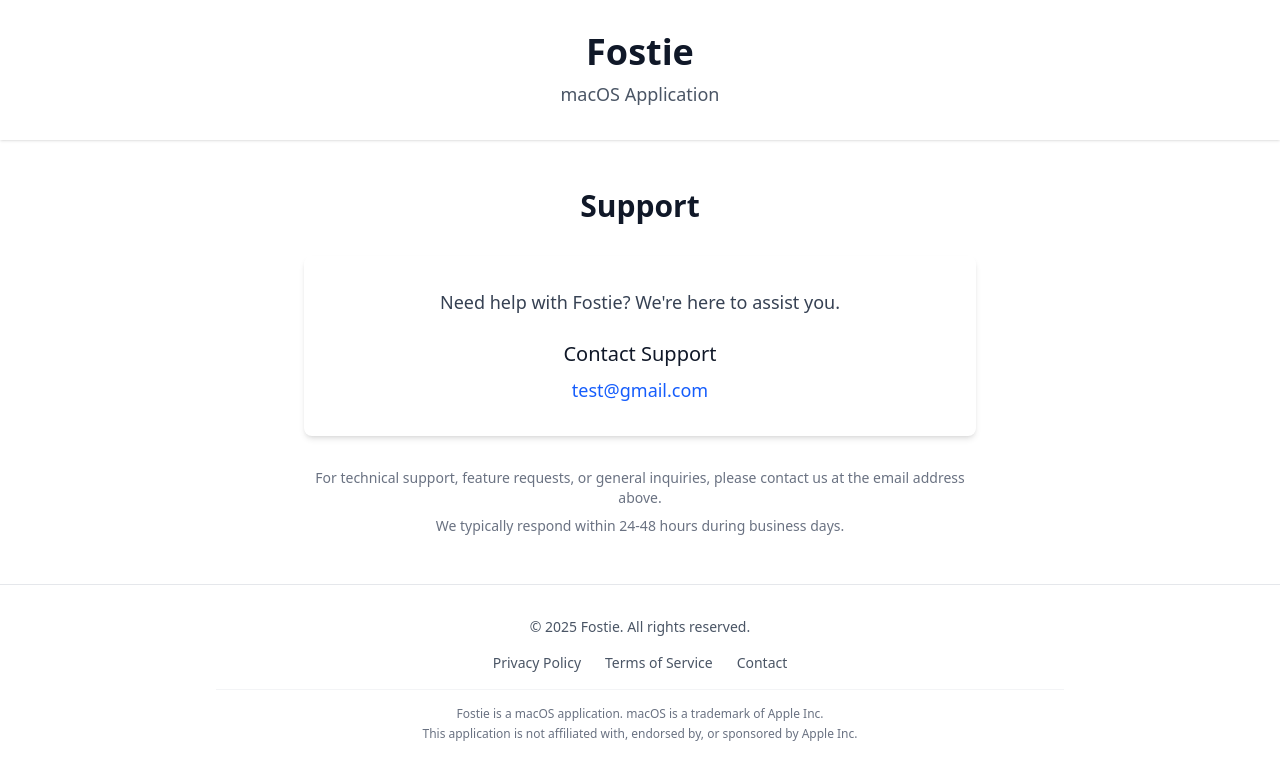
Repository: atimael/fostie-web
Page: /
These files come from the project's save history. The page is drawn as it stood at one moment and after the next save; the edit follows.
The browser window is 1280 px wide. The pictures show the whole page.
The project was rebuilt for these pictures with package versions that can differ from the ones it lists, and the page was loaded fresh each time. The framework's server and built-in components were replaced by stand-ins that run in the browser. Also part of the build but not shown: next.config.js.

Above is the page before, as saved 2025-05-25 20:39:34.

After the next save:
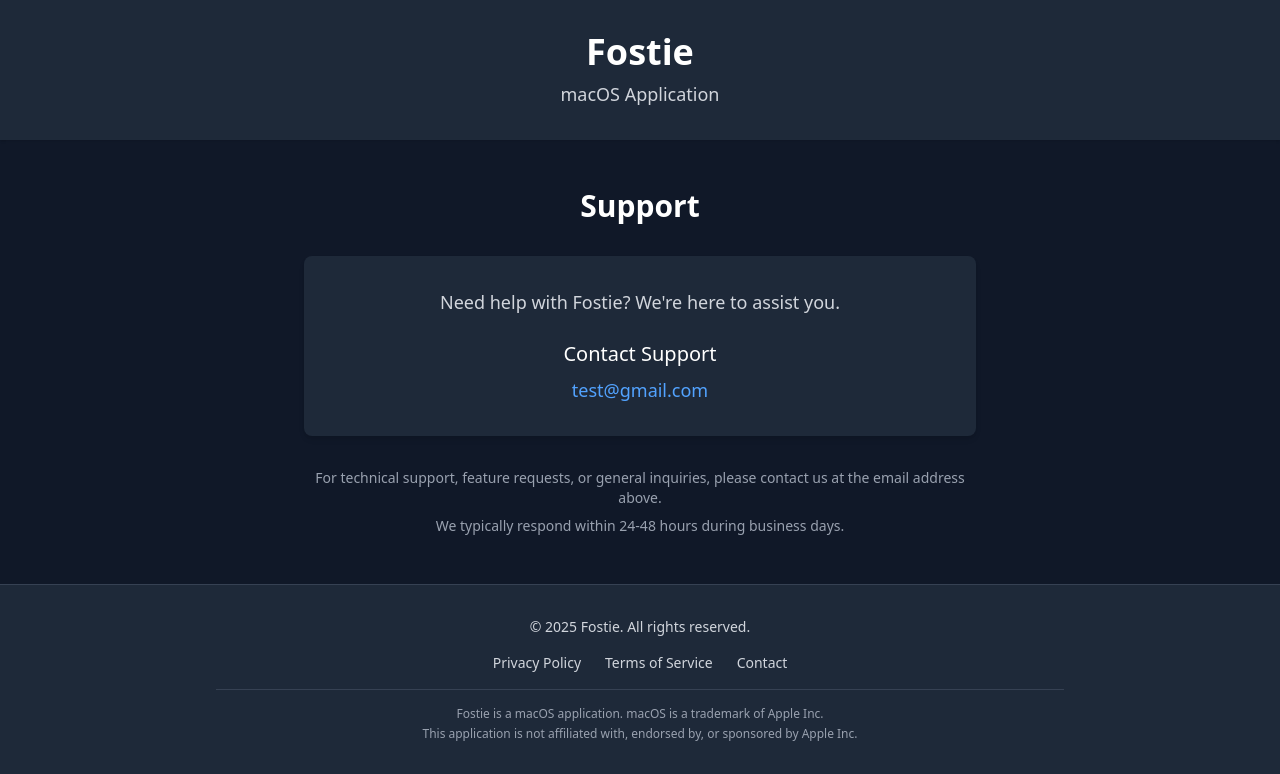
Saved 19 s later.
--- a/app/page.tsx
+++ b/app/page.tsx
@@ -2,14 +2,14 @@
   const currentYear = new Date().getFullYear();
 
   return (
-    <main className="min-h-screen  flex flex-col">
+    <main className="min-h-screen bg-gray-50 dark:bg-gray-900 flex flex-col">
       {/* Header */}
-      <header className=" shadow-sm">
+      <header className="bg-white dark:bg-gray-800 shadow-sm">
         <div className="max-w-4xl mx-auto px-6 py-8">
-          <h1 className="text-4xl font-bold text-gray-900 text-center">
+          <h1 className="text-4xl font-bold text-gray-900 dark:text-white text-center">
             Fostie
           </h1>
-          <p className="text-lg text-gray-600 text-center mt-2">
+          <p className="text-lg text-gray-600 dark:text-gray-300 text-center mt-2">
             macOS Application
           </p>
         </div>
@@ -18,21 +18,23 @@
       {/* Main Content */}
       <div className="flex-1 flex items-center justify-center px-6 py-12">
         <div className="max-w-2xl mx-auto text-center">
-          <h2 className="text-3xl font-semibold text-gray-900 mb-8">Support</h2>
+          <h2 className="text-3xl font-semibold text-gray-900 dark:text-white mb-8">
+            Support
+          </h2>
 
-          <div className=" rounded-lg shadow-md p-8 mb-8">
-            <p className="text-lg text-gray-700 mb-6">
+          <div className="bg-white dark:bg-gray-800 rounded-lg shadow-md p-8 mb-8">
+            <p className="text-lg text-gray-700 dark:text-gray-300 mb-6">
               Need help with Fostie? We're here to assist you.
             </p>
 
             <div className="space-y-4">
               <div>
-                <h3 className="text-xl font-medium text-gray-900 mb-2">
+                <h3 className="text-xl font-medium text-gray-900 dark:text-white mb-2">
                   Contact Support
                 </h3>
                 <a
                   href="mailto:test@gmail.com"
-                  className="text-blue-600 hover:text-blue-800 text-lg font-medium transition-colors"
+                  className="text-blue-600 dark:text-blue-400 hover:text-blue-800 dark:hover:text-blue-300 text-lg font-medium transition-colors"
                 >
                   test@gmail.com
                 </a>
@@ -40,7 +42,7 @@
             </div>
           </div>
 
-          <div className="text-sm text-gray-500 space-y-2">
+          <div className="text-sm text-gray-500 dark:text-gray-400 space-y-2">
             <p>
               For technical support, feature requests, or general inquiries,
               please contact us at the email address above.
@@ -51,35 +53,35 @@
       </div>
 
       {/* Footer */}
-      <footer className=" border-t border-gray-200">
+      <footer className="bg-white dark:bg-gray-800 border-t border-gray-200 dark:border-gray-700">
         <div className="max-w-4xl mx-auto px-6 py-8">
           <div className="text-center space-y-4">
-            <div className="text-sm text-gray-600">
+            <div className="text-sm text-gray-600 dark:text-gray-300">
               <p>&copy; {currentYear} Fostie. All rights reserved.</p>
             </div>
 
             <div className="flex flex-wrap justify-center gap-6 text-sm">
               <a
                 href="/privacy"
-                className="text-gray-600 hover:text-gray-900 transition-colors"
+                className="text-gray-600 dark:text-gray-300 hover:text-gray-900 dark:hover:text-white transition-colors"
               >
                 Privacy Policy
               </a>
               <a
                 href="/terms"
-                className="text-gray-600 hover:text-gray-900 transition-colors"
+                className="text-gray-600 dark:text-gray-300 hover:text-gray-900 dark:hover:text-white transition-colors"
               >
                 Terms of Service
               </a>
               <a
                 href="mailto:test@gmail.com"
-                className="text-gray-600 hover:text-gray-900 transition-colors"
+                className="text-gray-600 dark:text-gray-300 hover:text-gray-900 dark:hover:text-white transition-colors"
               >
                 Contact
               </a>
             </div>
 
-            <div className="text-xs text-gray-500 pt-4 border-t border-gray-100">
+            <div className="text-xs text-gray-500 dark:text-gray-400 pt-4 border-t border-gray-100 dark:border-gray-700">
               <p>
                 Fostie is a macOS application. macOS is a trademark of Apple
                 Inc.
